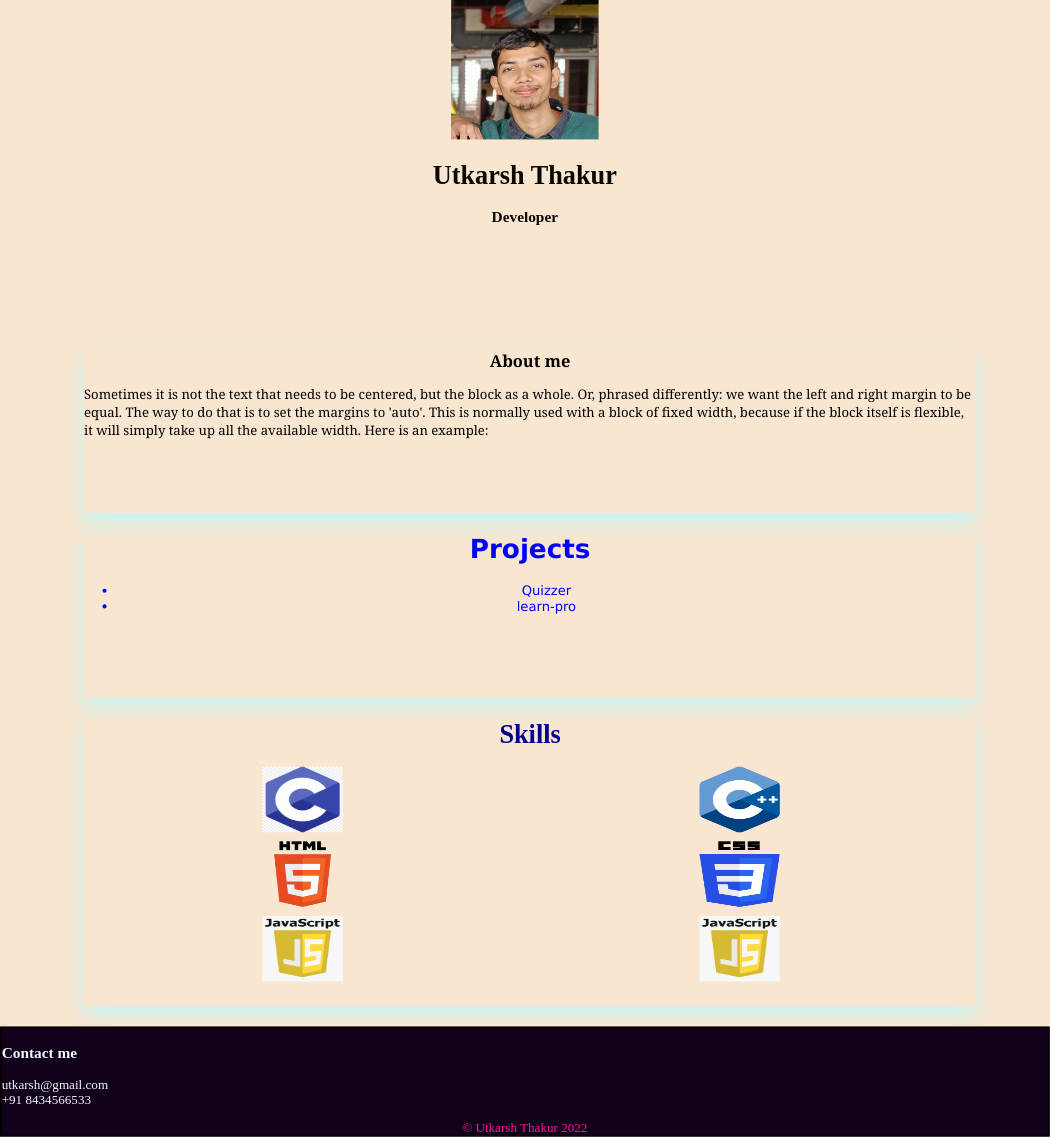
Repository: UtkarshThakur321/Utkarsh-Thakur-Profile
Page: index.html
The author's editor kept a copy of each file at every save. The page is drawn from the files as they stood at one save, then again after the next save.
The browser window is 1280 px wide. The pictures show the whole page, at 82% of full size.

Above is the page before, as saved 2022-01-23 00:15:47.
Not found: main.js

After the next save:
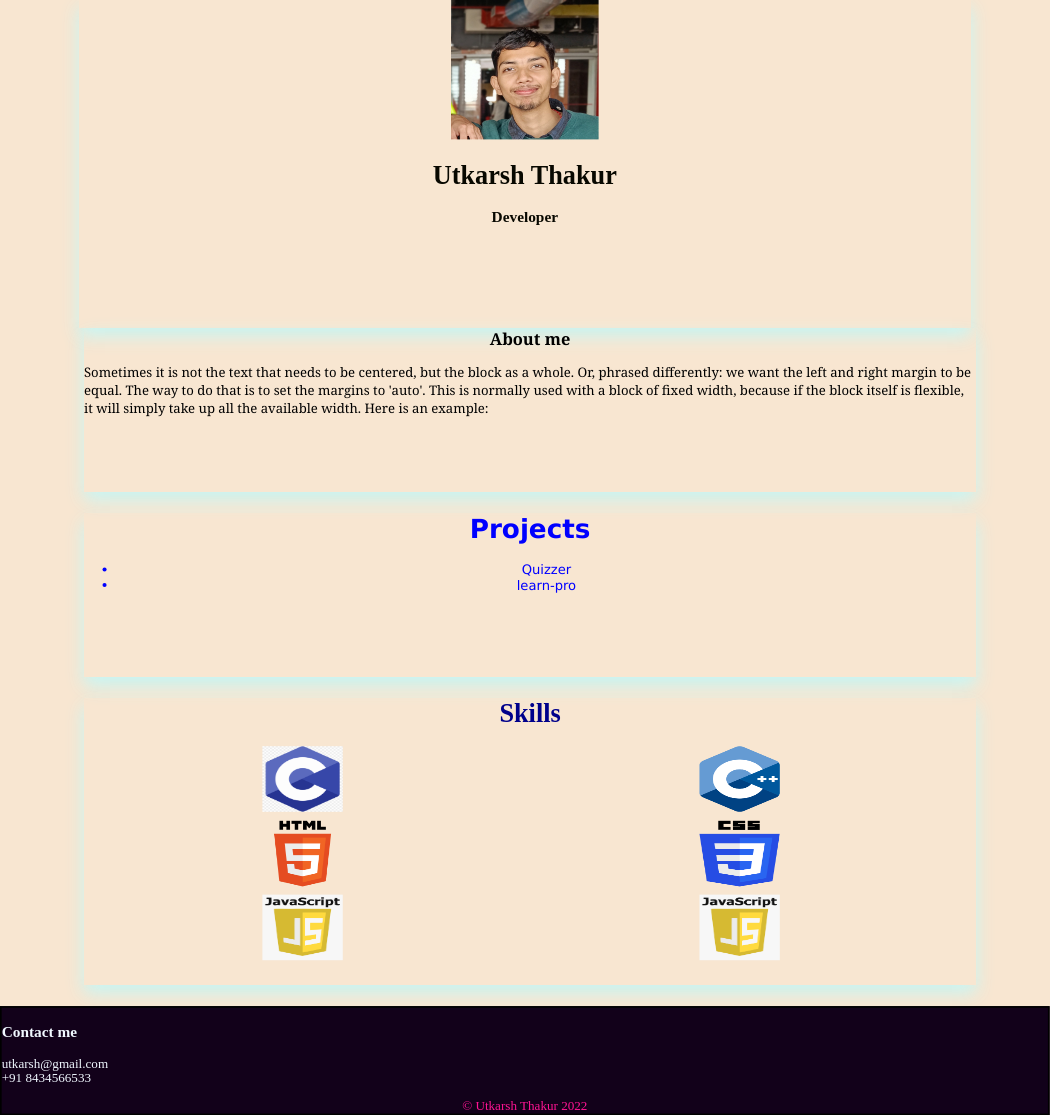
Saved 9 s later.
--- a/index.css
+++ b/index.css
@@ -11,8 +11,8 @@ body{
     /* background-color: rgb(190, 243, 243); */
     height: 400px;
     width:85%;
-    /* box-shadow: 0px 10px 20px rgba(195, 247, 247, 0.911); */
-    margin-bottom: 2%;
+    box-shadow: 0px 10px 20px rgba(195, 247, 247, 0.911);
+    /* margin-bottom: 2%; */
 }
 }
 
